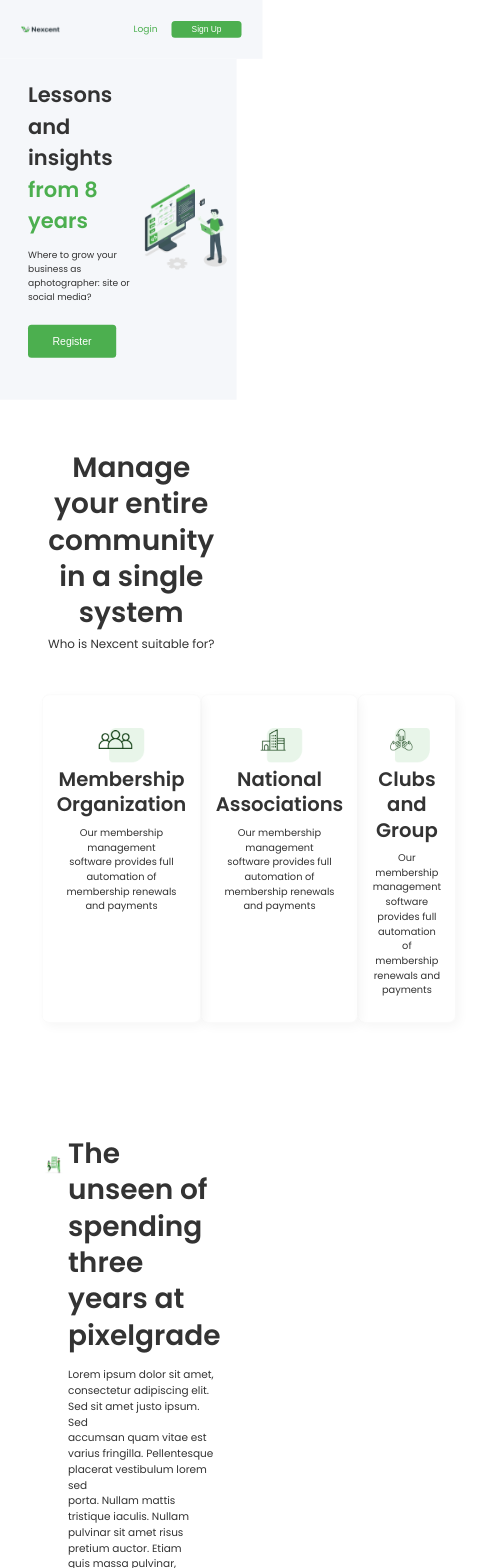
Repository: Eldream12/axia-second-project
Page: index.html
These files come from the project's save history. The page is drawn as it stood at one moment and after the next save; the edit follows.
The browser window is 375 px wide. The page is 691 px wide, so the pictures cover 691 px, including what lies to the right of the window. The pictures show the part of the page from y = 0 to 2240 px (the page is 6272 px tall before and 6232 px after), at 70% of full size.

Above is the page before, as saved 2025-03-18 13:16:40.

### index.html
<!DOCTYPE html>
<html lang="en">
	<head>
		<meta charset="UTF-8" />
		<meta name="viewport" content="width=device-width, initial-scale=1.0" />
		<title>Landing Page</title>
		<link rel="stylesheet" href="styles/style.css" />
	</head>
	<body>
		<!-- navBar -->
		<header>
			<div id="navbar">
				<div class="logo">
					<img src="images/Logo.png" alt="Logo" />
				</div>

				<div class="contact-home">
					<ul>
						<li><a href="">Home</a></li>
						<li><a href="">Service</a></li>
						<li><a href="">Feature</a></li>
						<li><a href="">Product</a></li>
						<li><a href="">Testimonial</a></li>
						<li><a href="">FAQ</a></li>
					</ul>
				</div>

				<div class="login">
					<a href="">Login</a>
					<button id="signup-btn">Sign Up</button>
				</div>
			</div>
		</header>

		<!-- hero-section -->
		<main>
			<div class="hero-section">
				<div class="all-text">
					<h1 class="text-1">Lessons and insights</h1>
					<h1 class="text-2">from 8 years</h1>
					<p>
						Where to grow your business as aphotographer: site or social media?
					</p>
					<button>Register</button>
				</div>

				<div>
					<img src="images/Illustration.png" alt="heroimage" width="350px" />
				</div>
			</div>

			<!-- community -->
			<div id="community">
				<div class="com-header-text">
					<h2>Manage your entire community</h2>
					<h2>in a single system</h2>
					<p>Who is Nexcent suitable for?</p>
				</div>

				<div class="components">
					<div class="box">
						<div>
							<img src="images/Icon (3).png" alt="Icon" />
						</div>
						<div class="box-text">
							<h2>Membership</h2>
							<h2>Organization</h2>
							<p>
								Our membership management <br />
								software provides full automation of <br />
								membership renewals and payments
							</p>
						</div>
					</div>

					<div class="box">
						<div>
							<img src="images/Icon (1).png" alt="Icon" />
						</div>
						<div class="box-text">
							<h2>National</h2>
							<h2>Associations</h2>
							<p>
								Our membership management <br />
								software provides full automation of <br />
								membership renewals and payments
							</p>
						</div>
					</div>

					<div class="box">
						<div>
							<img src="images/Icon (2).png" alt="Icon" />
						</div>
						<div class="box-text">
							<h2>Clubs and</h2>
							<h2>Group</h2>
							<p>
								Our membership management <br />
								software provides full automation of <br />
								membership renewals and payments
							</p>
						</div>
					</div>
				</div>

				<div class="sub-component">
					<div>
						<img src="images/rafiki.png" alt="subject" />
					</div>

					<div class="txt">
						<h2>
							The unseen of spending three <br />
							years at pixelgrade
						</h2>
						<p>
							Lorem ipsum dolor sit amet, consectetur adipiscing elit. Sed sit
							amet justo ipsum. Sed <br />
							accumsan quam vitae est varius fringilla. Pellentesque placerat
							vestibulum lorem sed <br />
							porta. Nullam mattis tristique iaculis. Nullam pulvinar sit amet
							risus pretium auctor. Etiam <br />
							quis massa pulvinar, aliquam quam vitae, tempus sem. Donec
							elementum pulvinar odio.
						</p>
						<button>Learn More</button>
					</div>
				</div>
			</div>

			<!-- about -->
			<div class="about">
				<div class="about-header">
					<h2 class="t--1">Helping a local</h2>
					<h2 class="t--2">business reinvent itself</h2>
					<p>We reached here with our hard work and dedicaton</p>
				</div>

				<!-- abt-info -->
				<div class="abt-info">
					<div class="cnt-info--1">
						<div class="m-info">
							<div>
								<img src="images/Icon 1.png" alt="icon" />
							</div>
							<div class="txt">
								<h3>2,245,342</h3>
								<p>Members</p>
							</div>
						</div>
						<div class="m-info">
							<div>
								<img src="images/Icon 2.png" alt="icon" />
							</div>
							<div class="txt">
								<h3>828,867</h3>
								<p>Event Bookings</p>
							</div>
						</div>
					</div>

					<div class="ctn-info--2">
						<div class="m-info">
							<div>
								<img src="images/Icon 3.png" alt="icon" />
							</div>
							<div class="txt">
								<h3>46,328</h3>
								<p>Clubs</p>
							</div>
						</div>
						<div class="m-info">
							<div>
								<img src="images/Icon 4.png" alt="icon" />
							</div>
							<div class="txt">
								<h3>1,926,436</h3>
								<p>Payment</p>
							</div>
						</div>
					</div>
				</div>
			</div>

			<!-- How to -->
			<div class="how-to">
				<div>
					<img src="images/pana.png" alt="pana" />
				</div>
				<div class="how-txt">
					<h2>
						How to design your site footer like <br />
						we did
					</h2>
					<p>
						Donec a eros justo. Fusce egestas tristique ultrices. Nam tempor,
						augue nec tincidunt <br />
						molestie, massa nunc varius arcu, at scelerisque elit erat a magna.
						Donec quis erat at <br />
						libero ultrices mollis. In hac habitasse platea dictumst. Vivamus
						vehicula leo dui, at porta <br />
						nisi facilisis finibus. In euismod augue vitae nisi ultricies, non
						aliquet urna tincidunt. Integer <br />
						in nisi eget nulla commodo faucibus efficitur quis massa. Praesent
						felis est, finibus et nisi <br />
						ac, hendrerit venenatis libero. Donec consectetur faucibus ipsum id
						gravida.
					</p>
					<button class="howto-btn">Learn More</button>
				</div>
			</div>

			<!-- Tim smith -->
			<div class="tim-smith">
				<div>
					<img src="images/image 9.png" alt="tesla" />
				</div>
				<div class="tim-txt">
					<p>
						Maecenas dignissim justo eget nulla rutrum molestie. Maecenas
						lobortis sem dui, vel rutrum risus <br />
						tincidunt ullamcorper. Proin eu enim metus. Vivamus sed libero
						ornare, tristique quam in, gravida <br />
						enim. Nullam ut molestie arcu, at hendrerit elit. Morbi laoreet elit
						at ligula molestie, nec molestie <br />
						mi blandit. Suspendisse cursus tellus sed augue ultrices, quis
						tristique nulla sodales. Suspendisse <br />
						eget lorem eu turpis vestibulum pretium. Suspendisse potenti.
						Quisque malesuada enim sapien, <br />
						vitae placerat ante feugiat eget. Quisque vulputate odio neque, eget
						efficitur libero condimentum <br />id. Curabitur id nibh id sem
						dignissim finibus ac sit amet magna.
					</p>
					<h4>Tim Smith</h4>
					<p>British Dragon Boat Racing Association</p>
					<div class="tim-link">
						<div class="tim-icon">
							<img src="/images/Frame 10.png" alt="frame 10" />
						</div>
						<div class="meet">
							<a href=""
								><h4>
									Meet all customers <img src="images/Right.png" alt="" /></h4
							></a>
						</div>
					</div>
				</div>
			</div>

			<!-- caring -->
			<div class="caring">
				<div>
					<h2>Caring is the new marketing</h2>
					<p>
						The Nexcent blog is the best place to read about the latest
						membership insights, trends <br />
						and more. See who's joining the community, read about how our
						community <br />
						are increasing their membership income and lot's more.
					</p>
				</div>

				<div class="c-images">
					<div>
						<div>
							<img src="images/image 18.png" alt="" />
						</div>
						<div class="c-text">
							<p>
								Creating Streamlined <br />
								Safeguarding Processes with <br />
								OneRen
							</p>
							<div class="readmore">
								<a href=""
									>Read More <img class="c-right" src="images/Right.png" alt=""
								/></a>
							</div>
						</div>
					</div>

					<div>
						<div>
							<img src="images/image 19.png" alt="" />
						</div>
						<div class="c-text">
							<p>
								What are your safeguarding <br />
								responsibilities and how can <br />
								you manage them?
							</p>
							<div class="readmore">
								<a href=""
									>Read More <img class="c-right" src="images/Right.png" alt=""
								/></a>
							</div>
						</div>
					</div>

					<div>
						<div>
							<img src="images/image 20.png" alt="" />
						</div>
						<div class="c-text">
							<p>
								Revamping the Membership <br />
								Model with Triathlon <br />
								Australia
							</p>
							<div class="readmore">
								<a href="#"
									>Read More<img class="c-right" src="images/Right.png" alt=""
								/></a>
							</div>
						</div>
					</div>
				</div>
			</div>

			<div class="pellen">
				<h2>Pellentesque suscipit <br />fringilla libero eu.</h2>
				<div class="pellen-btn">
					<button>Get a demo</button>
					<!-- <img src="images/Right.png" alt="" /> -->
				</div>
			</div>
		</main>

		<!-- footer -->
		<footer>
			<div class="footer-end">
				<div class="foot-logo">
					<img src="images/Logo footer.png" alt="" />
					<p class="ftxt">Copyright © 2020 Nexcent ltd.</p>
					<p class="ftxt">All rights reserved</p>
					<div class="socials">
						<div><img src="images/Social Icons 1.png" alt="" /></div>
						<div><img src="images/Social Icons 2.png" alt="" /></div>
						<div><img src="images/Social Icons 3.png" alt="" /></div>
						<div><img src="images/Social Icons 4.png" alt="" /></div>
					</div>
				</div>

				<div>
					<h3>Company</h3>
					<div class="comps"><a href="">About Us</a></div>
					<div class="comps"><a href="">Blog</a></div>
					<div class="comps"><a href="">Contact us</a></div>
					<div class="comps"><a href="">Pricing</a></div>
					<div class="comps"><a href="">Testimonials</a></div>
				</div>

				<div>
					<h3>Support</h3>
					<div class="comps"><a href="">Help center</a> <br /></div>
					<div class="comps"><a href="">Terms of service</a> <br /></div>
					<div class="comps"><a href="">Legal</a> <br /></div>
					<div class="comps"><a href="">Privacy policy</a> <br /></div>
					<div class="comps"><a href="">Status</a> <br /></div>
				</div>

				<div>
					<h3 class="stay">Stay up to date</h3>
					<div class="e-mail">
						<input
							type="email"
							name="email"
							placeholder="Your email address"
							value=""
						/>
						<div class="snd">
							<img src="images/send.png" alt="" />
						</div>
					</div>
				</div>
			</div>
		</footer>
	</body>
</html>

### styles/style.css
@import url("https://fonts.googleapis.com/css2?family=Poppins:ital,wght@0,100;0,200;0,300;0,400;0,500;0,600;0,700;0,800;0,900;1,100;1,200;1,300;1,400;1,500;1,600;1,700;1,800;1,900&display=swap");

* {
	margin: 0;
	padding: 0;
	box-sizing: border-box;
}

html body {
	font-family: poppins, sans-serif;
}

/* NavBar */
header #navbar {
	display: flex;
	justify-content: space-around;
	padding: 30px;
	align-items: center;
	background-color: #f5f7fa;
}

ul {
	display: flex;
	list-style: none;
	gap: 40px;
}

li a {
	text-decoration: none;
	color: #000000;
}

.logo {
	display: flex;
	gap: 10px;
}

.logo img {
	height: auto;
	padding: 0;
}

.login {
	display: flex;
	align-items: center;
}

#signup-btn {
	padding: 10px 20px;
	margin-left: 20px;
	font-size: 16px;
	background-color: #4caf4f;
	color: #ffffff;
	border: none;
	border-radius: 5px;
}

.login a {
	text-decoration: none;
	color: #000000;
	color: #4caf4f;
}

/* hero */
.hero-section {
	display: flex;
	justify-content: space-around;
	background-color: #f5f7fa;
	align-items: center;
	padding-bottom: 60px;
}

.hero-section .text-1,
p {
	color: #333333;
}

.hero-section p {
	margin-top: 15px;
}

.hero-section .text-2 {
	color: #4caf4f;
}

.hero-section h1 {
	font-size: 60px;
	font-weight: 600;
}

.hero-section button {
	background-color: #4caf4f;
	color: #ffffff;
	border: none;
	border-radius: 5px;
	padding: 15px 35px;
	margin-top: 30px;
	font-size: 15px;
}

.hero-section,
img {
	padding-top: 30px;
}

.hero-section .all-text {
	margin-left: 40px;
}

/* community */
#community .com-header-text h2 {
	text-align: center;
	color: #333333;
	line-height: 1.3em;
}

#community .com-header-text p {
	text-align: center;
	color: #333333;
	font-size: 17px;
	padding-top: 5px;
}

#community .components {
	display: flex;
	justify-content: space-around;
	text-align: center;
}

#community {
	padding: 70px 60px;
}

#community .com-header-text h2 {
	font-size: 40px;
	font-weight: 600;
}

.components .box-text h2 {
	color: #333333;
	font-weight: 600;
	line-height: 1.3em;
	font-size: 28px;
}

.components .box-text p {
	color: #333333;
	font-size: 14px;
	padding-top: 10px;
}

.components .box {
	border: 1px solid #ebebeb63;
	border-radius: 10px;
	padding: 10px 20px 35px 20px;
	box-shadow: 5px 5px 15px #1b1b1b0a;
}

.components {
	padding: 60px 0 100px 0;
}

/* sub-component */
#community .sub-component {
	display: flex;
	justify-content: center;
	margin-top: 60px;
}

#community .sub-component p {
	color: #333333;
	padding-bottom: 20px;
	font-size: 15px;
	line-height: 1.5em;
}

#community .sub-component h2 {
	color: #333333;
	font-weight: 600;
	font-size: 40px;
	padding-bottom: 20px;
	line-height: 1.3em;
}

#community .sub-component .txt button {
	background-color: #4caf4f;
	color: #ffffff;
	border: none;
	padding: 15px 40px;
	border-radius: 5px;
	font-size: 18px;
}

#community .sub-component .txt {
	align-content: center;
}

/* about */
.about {
	display: flex;
	justify-content: space-around;
	background-color: #f5f7fa;
	align-items: center;
	padding: 60px;
}

.about .about-header .t--1 {
	color: #333333;
}

.about .about-header .t--2 {
	color: #4caf4f;
	padding-top: -10px;
}

.about .about-header h2 {
	font-weight: 600;
	font-size: 40px;
}

.about .about-header p {
	font-size: 15px;
}

.abt-info {
	display: flex;
}

.m-info {
	display: flex;
	align-items: center;
	padding: 15px 0 15px 0;
}

.abt-info .m-info img {
	margin-top: -35px;
}

.abt-info .m-info .txt {
	color: #333333;
	padding-left: 10px;
}

.abt-info .m-info h3 {
	font-weight: 600;
	font-size: 30px;
}

.abt-info {
	gap: 80px;
}

/* how-to */
.how-to {
	display: flex;
	justify-content: center;
	padding: 20px 0 20px 0;
}

.how-to p {
	color: #333333;
	font-size: 15px;
	margin: 30px 0 30px 0;
	line-height: 1.5em;
}

.how-to h2 {
	font-weight: 600;
	font-size: 40px;
	line-height: 1.3em;
	color: #333333;
}

.how-to {
	align-items: center;
}

.how-to .howto-btn {
	background-color: #4caf4f;
	color: #ffffff;
	border: none;
	padding: 15px 40px;
	border-radius: 5px;
	font-size: 18px;
}

/* tim-smith */
.tim-smith {
	display: flex;
	align-items: center;
	justify-content: center;
	background-color: #f5f7fa;
	margin-top: 20px;
	gap: 50px;
}

.tim-smith h4 {
	padding: 10px 0 10px 0;
	color: #4caf4f;
}

.tim-smith p {
	font-size: 15px;
	line-height: 1.5em;
}

.tim-txt .tim-link {
	display: flex;
}

.tim-link .meet {
	display: flex;
}

.tim-link .meet h4 img {
	padding-top: 0;
	position: relative;
	top: 7px;
}

.tim-txt a {
	text-decoration: none;
	color: #4caf4f;
	padding: 30px;
	margin-top: -5px;
}

/* caring */
.caring {
	text-align: center;
	color: #333333;
	margin-top: 50px;
}

.caring h2 {
	font-weight: 600;
	font-size: 40px;
}

.caring p {
	font-size: 15px;
	line-height: 1.5em;
}

.caring .c-images {
	display: flex;
	justify-content: center;
	gap: 40px;
}

.caring .c-text {
	width: 300px;
	background-color: #f5f7fa;
	border-radius: 10px;
	margin: auto;
	position: relative;
	bottom: 100px;
	padding: 40px 0 40px 0;
	box-shadow: #abbed118 10px 10px 15px;
}

.caring .c-text p {
	font-weight: 600;
	font-size: 18px;
	color: #5f5e5e;
}

.caring .c-text a {
	text-decoration: none;
	color: #4caf4f;
	font-weight: 700;
}

.caring .c-text .c-right {
	padding-top: 0;
	position: relative;
	top: 8px;
}

/* pellen */
.pellen {
	text-align: center;
	background-color: #f5f7fa;
	align-items: center;
	padding: 20px 0 20px 0;
}

.pellen h2 {
	font-weight: 600;
	font-size: 55px;
	color: #263238;
	line-height: 1.3em;
}

.pellen button {
	background-color: #4caf4f;
	color: #ffffff;
	border: none;
	padding: 10px 30px;
	border-radius: 5px;
	font-size: 14px;
	margin-top: 20px;
}

/* .pellen button img {
  padding: 0;
} */

/* footer */
.footer-end {
	background-color: #263238;
	display: flex;
	justify-content: center;
	gap: 150px;
	padding: 60px 0 60px 0;
}

.footer-end .foot-logo img {
	padding-top: 0;
	padding-bottom: 35px;
}

.footer-end .foot-logo .socials {
	gap: 15px;
	margin-top: 50px;
}

.footer-end .socials {
	display: flex;
}

.footer-end h3,
.ftxt {
	color: #ffffff;
	padding-bottom: 10px;
}

.footer-end h3 {
	font-weight: 600;
	font-size: 25px;
	margin-bottom: 20px;
}

.footer-end a {
	text-decoration: none;
	color: #ffffff;
}

.footer-end .comps {
	padding-bottom: 10px;
}

.footer-end input {
	height: 40px;
	width: 250px;
	background-color: #ffffff1e;
	color: #ffffff;
	padding: 0 10px 0 10px;
	border: none;
	border-radius: 5px;
	font-size: 14px;
}

.footer-end .snd img {
	padding-top: 0;
	position: relative;
	right: 30px;
	top: 10px;
}

.footer-end .e-mail {
	display: flex;
}

/* Media Query */
@media screen and (max-width: 480px) {
	/* header */
	header #navbar .contact-home {
		display: none;
	}

	header #navbar {
		justify-content: center;
		gap: 100px;
	}

	.logo img {
		width: 100%;
	}

	#signup-btn {
		font-size: 12px;
		width: 100px;
		padding: 5px 5px;
	}

	.login a {
		font-size: 13px;
	}

	/* hero */
	.hero-section {
		justify-content: center;
	}

	.hero-section h1 {
		font-size: 30px;
	}

	.hero-section p {
		font-size: 13px;
	}

	.hero-section,
img {
	max-width: 90%;
}
}

After the next save:
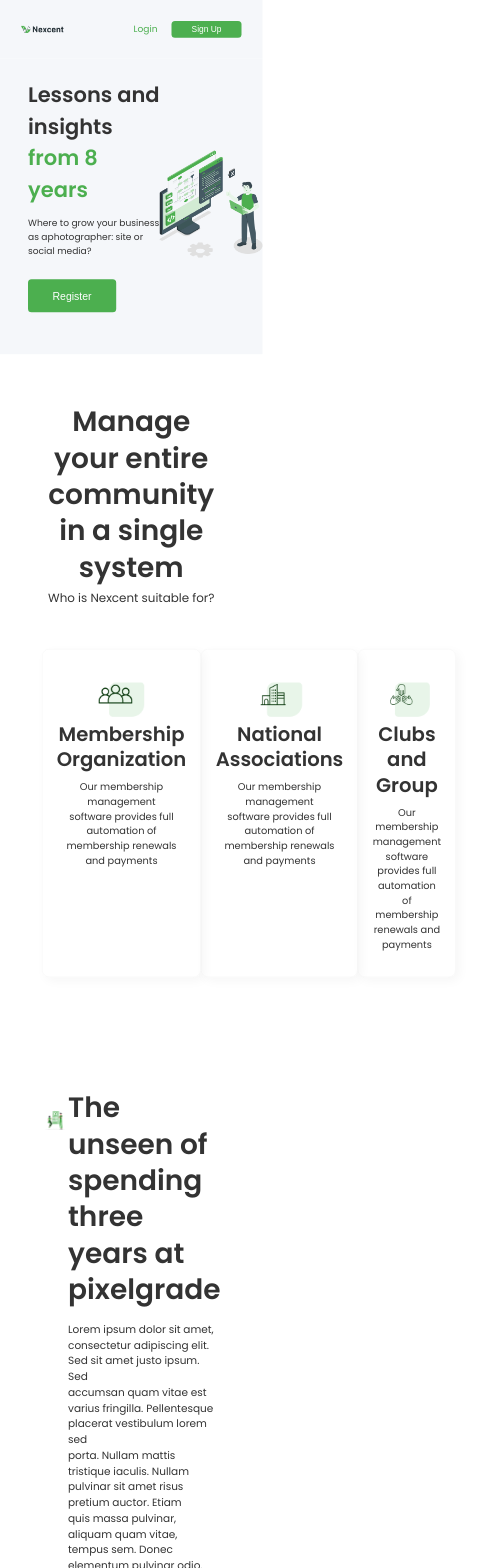
Saved 21 s later.
--- a/styles/style.css
+++ b/styles/style.css
@@ -513,6 +513,6 @@
 
 	.hero-section,
 img {
-	max-width: 90%;
-}
-}
+	max-width: 100%;
+}
+}

After the save that followed:
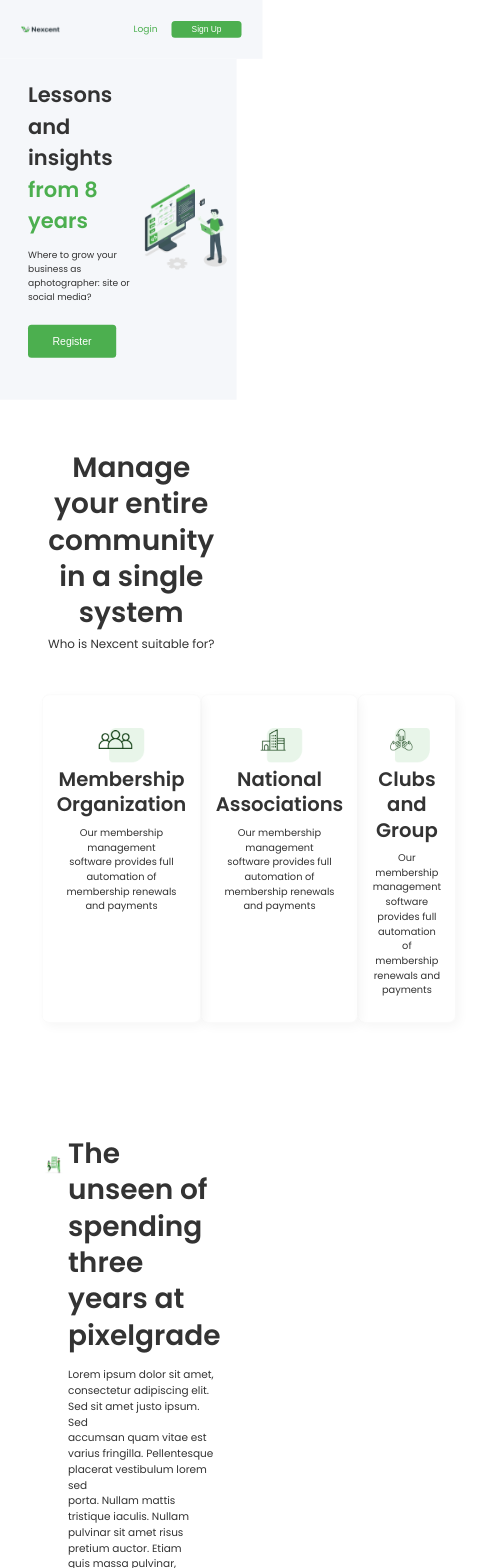
Saved 12 s later.
--- a/styles/style.css
+++ b/styles/style.css
@@ -513,6 +513,6 @@
 
 	.hero-section,
 img {
-	max-width: 100%;
-}
-}
+	max-width: 90%;
+}
+}
